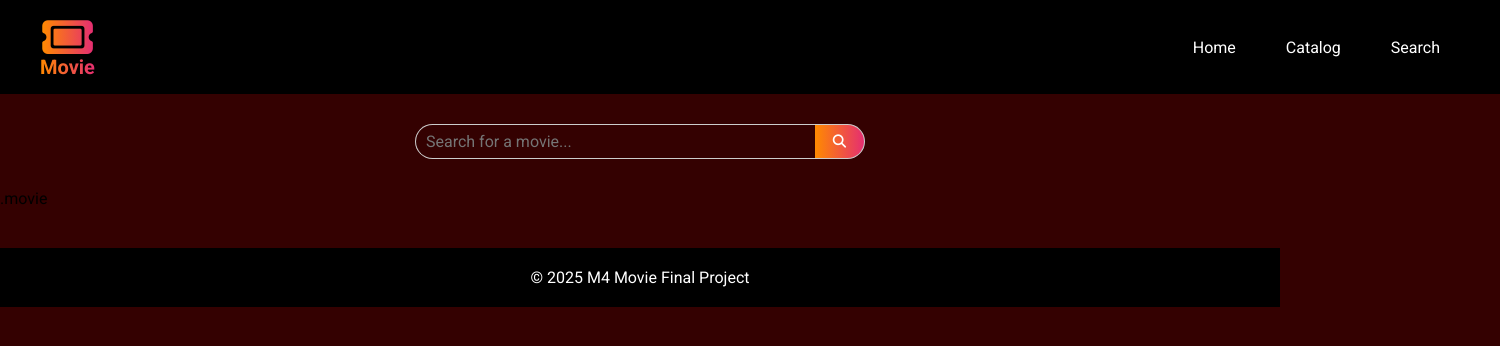
Repository: avivanguyen/m4_movie-FinalProject
Page: index.html
An editor plug-in stored every save of this project. The page is shown before and after a run of saves, followed by the edit.
The browser window is 1280 px wide. The page is 1500 px wide, so the pictures cover 1500 px, including what lies to the right of the window. The pictures show the whole page.
Some web libraries are served in a nearby version.

Above is the page before, as saved 2025-12-24 13:10:18.

After the next 5 saves:
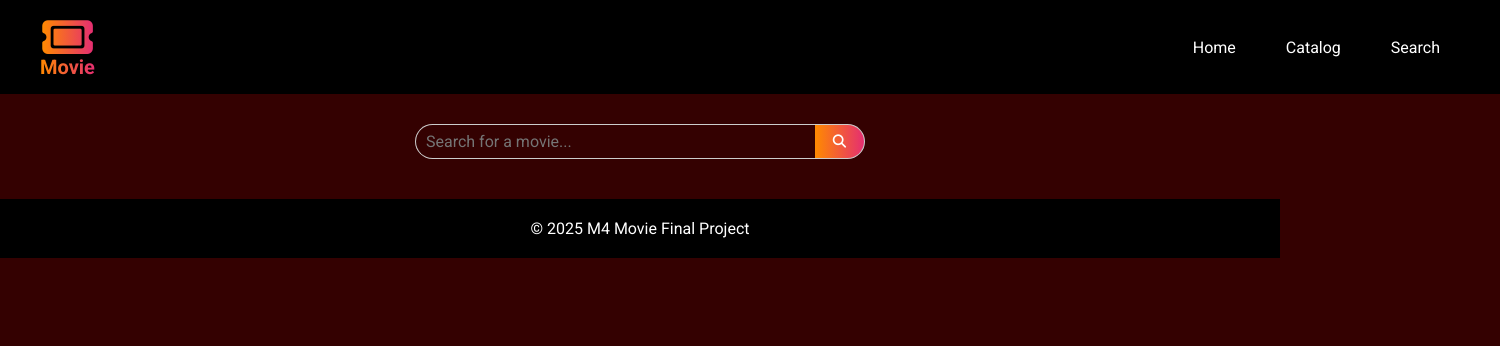
The 5 saves are shown as one change because they came seconds apart.
The last was saved 12 s later.
--- a/index.html
+++ b/index.html
@@ -28,7 +28,9 @@
         <section class="results__section">
             <div id="results__container">
                 <div class="movie">
-                    .movie
+                    <div class="movie-card">
+
+                    </div>
                 </div>
             </div>
         </section>

After the save that followed:
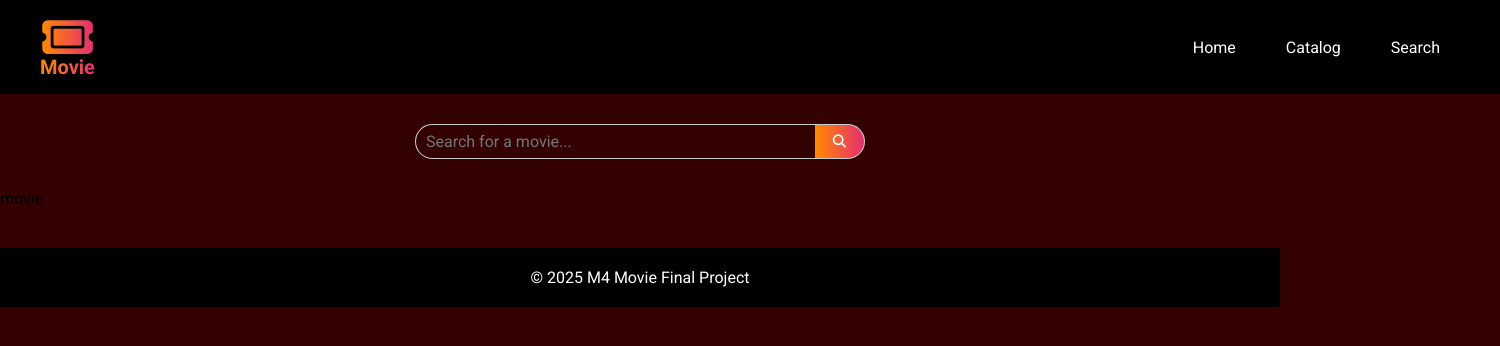
Saved 8 s later.
--- a/index.html
+++ b/index.html
@@ -29,7 +29,7 @@
             <div id="results__container">
                 <div class="movie">
                     <div class="movie-card">
-
+                        movie
                     </div>
                 </div>
             </div>
